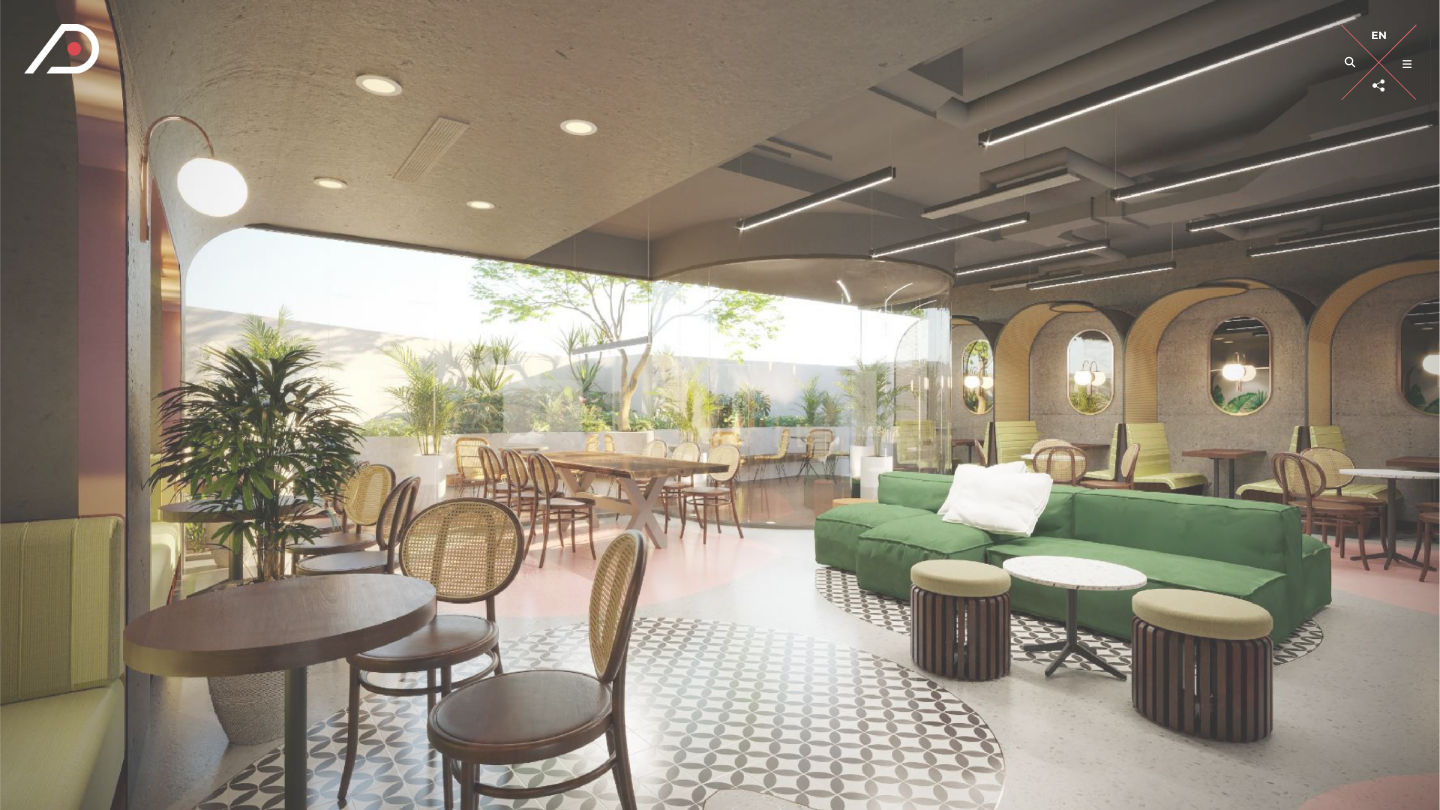
Repository: iphoneboy46/demoMonaFigma
Page: index.html
An editor plug-in stored every save of this project. The page is shown before and after the next save, followed by the edit.
The browser window is 1280 px wide. The page is 1920 px wide, so the pictures cover 1920 px, including what lies to the right of the window. The pictures show the whole page, at 75% of full size.
Some web libraries are served in a nearby version.

Above is the page before, as saved 2023-03-20 12:41:00.

### index.html
<!DOCTYPE html>
<html lang="en">
  <head>
    <meta charset="UTF-8" />
    <meta http-equiv="X-UA-Compatible" content="IE=edge" />
    <meta name="viewport" content="width=device-width, initial-scale=1.0" />
    <title>Demo Page</title>
    <link rel="stylesheet" href="style.css" />
    <link rel="preconnect" href="https://fonts.googleapis.com" />
    <link rel="preconnect" href="https://fonts.gstatic.com" crossorigin />
    <link
      href="https://fonts.googleapis.com/css2?family=Montserrat:wght@400;700&display=swap"
      rel="stylesheet"
    />
    <link
      rel="stylesheet"
      href="https://cdnjs.cloudflare.com/ajax/libs/font-awesome/6.3.0/css/all.min.css"
      integrity="sha512-SzlrxWUlpfuzQ+pcUCosxcglQRNAq/DZjVsC0lE40xsADsfeQoEypE+enwcOiGjk/bSuGGKHEyjSoQ1zVisanQ=="
      crossorigin="anonymous"
      referrerpolicy="no-referrer"
    />
  </head>
  <body>
    <header>
      <div class="header_top">
        <div class="header_top-logo">
          <img src="image/Layer 2 1.png" alt="" />
        </div>
        <div class="header_top-menu">
          <ul class="header_top-menu--list">
            <li class="header_top-menu--items">
              <div class="arrow-down">
                <div class="header_menu--item-1">EN</div>
              </div>
            </li>
            <li class="header_top-menu--items">
              <div class="arrow-right">
                <i class="fa-solid fa-magnifying-glass header_menu--item-2"></i>
              </div>
            </li>
            <li class="header_top-menu--items">
              <div class="arrow-left">
                <i class="fa-solid fa-bars header_menu--item-3"></i>
              </div>
            </li>
            <li class="header_top-menu--items">
              <div class="arrow-up">
                <img
                  class="header_menu--item-4"
                  src="image/path2191.png"
                  alt=""
                />
              </div>
            </li>
          </ul>
        </div>
      </div>
    </header>
    <script src="index.js"></script>
  </body>
</html>

### style.css
* {
    padding: 0;
    margin: 0;
    box-sizing: border-box;
}

body {
    width: 1920px;
    margin: 0 auto;
}

:root {
    --color-main: #e84545;
}

header {
    width: 1920px;
    height: 1080px;
    background: url(./image/img-pip@2x\ 1.png);
    background-size: 100%;
    background-repeat: no-repeat;
    opacity: 80%;
    z-index: 1;
    font-family: "Montserrat", sans-serif;
}

header::after {
    content: "";
    width: 100%;
    height: 100%;
    background-image: radial-gradient(rgba(0, 0, 0, 0) 0%, #000000 100%);
    z-index: 10;
}

.header_top {
    display: flex;
    justify-content: space-between;
    padding: 32px;
}
.header_top-logo {
}

.header_top-menu--list {
    color: white;
    list-style: none;
    position: relative;
    padding-right: 50px;
}

.header_top-menu--list::before {
    content: "";
    display: block;
    position: absolute;
    width: 141px;
    height: 1px;
    top: 0px;
    left: -120px;
    transform: rotate(45deg) translate(50%, 50%);
    background-color: var(--color-main);
}

.header_top-menu--list::after {
    content: "";
    display: block;
    position: absolute;
    width: 141px;
    height: 1px;
    top: 100px;
    left: -120px;
    transform: rotate(-45deg) translate(50%, 50%);
    background-color: var(--color-main);
}

.header_top-menu--items {
    position: relative;
    cursor: pointer;
}



.arrow-down {
    width: 0;
    height: 0;
    z-index: 1;
    border-top: 52px solid transparent;
    border-right: 52px solid transparent;
    border-left: 52px solid transparent;
    position: absolute;
    left: -104px;
    top: -26px;
    transform: translate(50%, 50%);
    transition: all linear 0.5s;

}

/* .header_top-menu--items:hover > .arrow-down{
    border-top: 52px solid red;
} */

.arrow-up {
    width: 0;
    height: 0;
    border-bottom: 52px solid transparent;
    border-right: 52px solid transparent;
    border-left: 52px solid transparent;
    position: absolute;
    transform: translate(50%, 50%);
    left: -103px;
    top: 25px;

    transition: all linear 0.5s;
}

/* .header_top-menu--items:hover > .arrow-up{
    border-bottom: 52px solid red;
} */

.arrow-left {
    width: 0;
    height: 0;
    border-top: 52px solid transparent;
    border-bottom: 52px solid transparent;
    border-left: 52px solid transparent;
    position: absolute;
    transform: translate(50%, 50%);
    top: -50px;
    left: -75px;
    transition: all linear 0.5s;

}
/*
.header_top-menu--items:hover > .arrow-left{
    border-left: 52px solid red;
} */

.arrow-right {
    width: 0;
    height: 0;
    border-top: 52px solid transparent;
    border-bottom: 52px solid transparent;
    border-right: 52px solid transparent;
    position: absolute;
    right: -50px;

    transition: all linear 0.5s;

}

/* .header_top-menu--items:hover > .arrow-right{
    border-right: 52px solid red;
} */

.header_menu--item-1 {


    position: absolute;
    top: -85px;
    left: -50px;
    transform: translate(50%, 50%);
    color: white;
    font-size: 14px;
    font-weight: 700;
    padding: 15px;
    z-index: 10;
}

.header_menu--item-2 {
    position: absolute;
    top: -45px;
    left: -80px;
    transform: translate(50%, 50%);
    color: white;

    font-size: 14px;
    font-weight: 700;
    padding: 15px;
    z-index: 10;
}

.header_menu--item-3 {
    position: absolute;
    top: -45px;
    right: -35px;
    transform: translate(50%, 50%);
    color: white;
    font-size: 14px;
    font-weight: 700;
    padding: 15px;
    z-index: 10;
}

.header_menu--item-4 {
    position: absolute;


    top: -15px;
    left: -47px;
    transform: translate(50%, 50%);
    color: white;
    font-size: 14px;
    font-weight: 700;
    padding: 15px;
    z-index: 10;
}

### index.js
let hover1 = document.querySelector(".header_menu--item-1");
let hover2 = document.querySelector(".header_menu--item-2");
let hover3 = document.querySelector(".header_menu--item-3");
let hover4 = document.querySelector(".header_menu--item-4");



let arrowDown = document.querySelector(".arrow-down");
let arrowUp = document.querySelector(".arrow-up");
let arrowRight = document.querySelector(".arrow-right");
let arrowLeft = document.querySelector(".arrow-left");




hover1.onmouseover = () => {
    arrowDown.style.borderTop = "52px solid #E84545";
};

hover1.onmouseleave = () => {
    arrowDown.style.borderTop = "52px solid transparent";
};



hover2.onmouseover = () => {
    arrowRight.style.borderLeft = "52px solid #E84545";

};

hover2.onmouseleave = () => {
    arrowRight.style.borderLeft = "52px solid transparent";

};

After the next save:
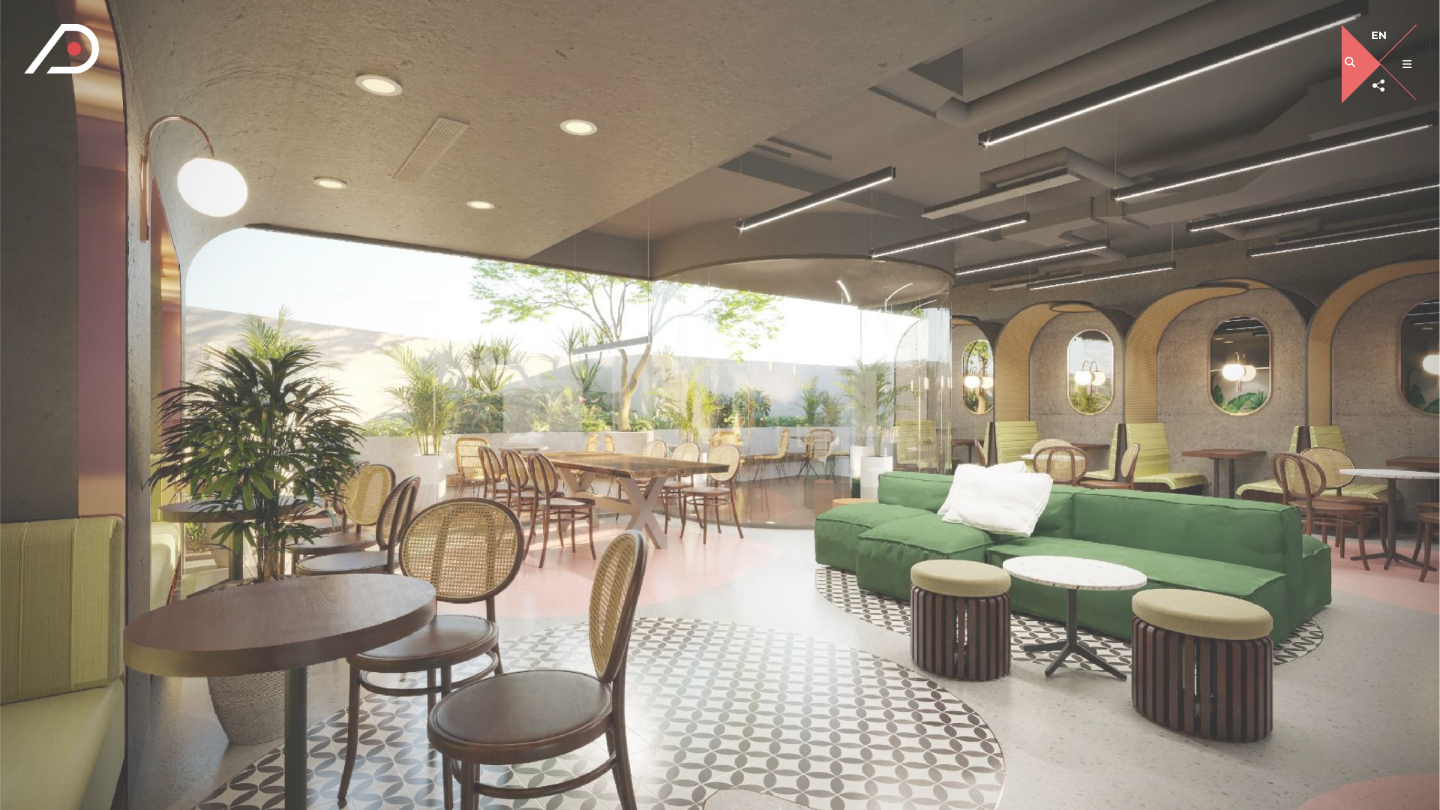
Saved 46 s later.
--- a/style.css
+++ b/style.css
@@ -120,7 +120,7 @@ header::after {
     height: 0;
     border-top: 52px solid transparent;
     border-bottom: 52px solid transparent;
-    border-left: 52px solid transparent;
+    border-left: 52px solid#E84545;
     position: absolute;
     transform: translate(50%, 50%);
     top: -50px;
